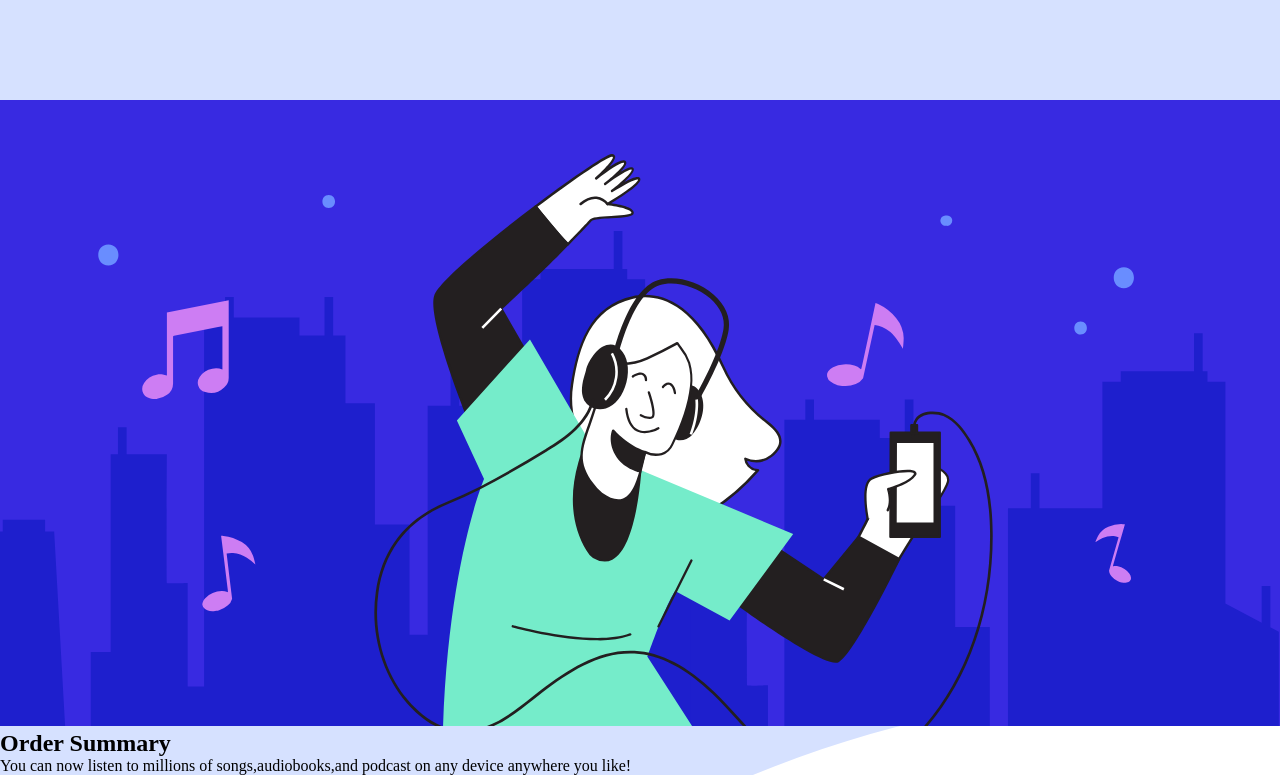
Repository: Eugene44-hub/newbie-project
Page: index.html
An editor plug-in stored every save of this project. The page is shown before and after a run of saves, followed by the edit.
The browser window is 1280 px wide. The pictures show the whole page.

Above is the page before, as saved 2021-08-29 02:18:11.

### index.html
<!DOCTYPE html>
<html lang="en">

<head>
    <link rel="stylesheet" href="style.css">
    <meta charset="UTF-8">
    <meta http-equiv="X-UA-Compatible" content="IE=edge">
    <meta name="viewport" content="width=device-width, initial-scale=1.0">
    <title>Document</title>
</head>

<body>
    <div class="container">

        <div class="card-container">
            <div class="card">
                <div class="content">
                    <img src="illustration-hero.svg" alt="">
                    <div>
                        <h2>Order Summary</h2>
                        <p>You can now listen to millions of songs,audiobooks,and podcast on any device anywhere you like!</p>
                    </div>
                </div>

            </div>
        </div>

    </div>
</body>

</html>

### style.css
* {
    padding: 0;
    margin: 0;
}

.container {
    background-image: url('pattern-background-desktop.svg');
}

.card-container {
    display: flex;
    justify-content: center;
    align-content: center;
    padding-top: 100px;
}

img {
    width: 100%;
}

.card {
    flex: 50%;
}

After the next 2 saves:
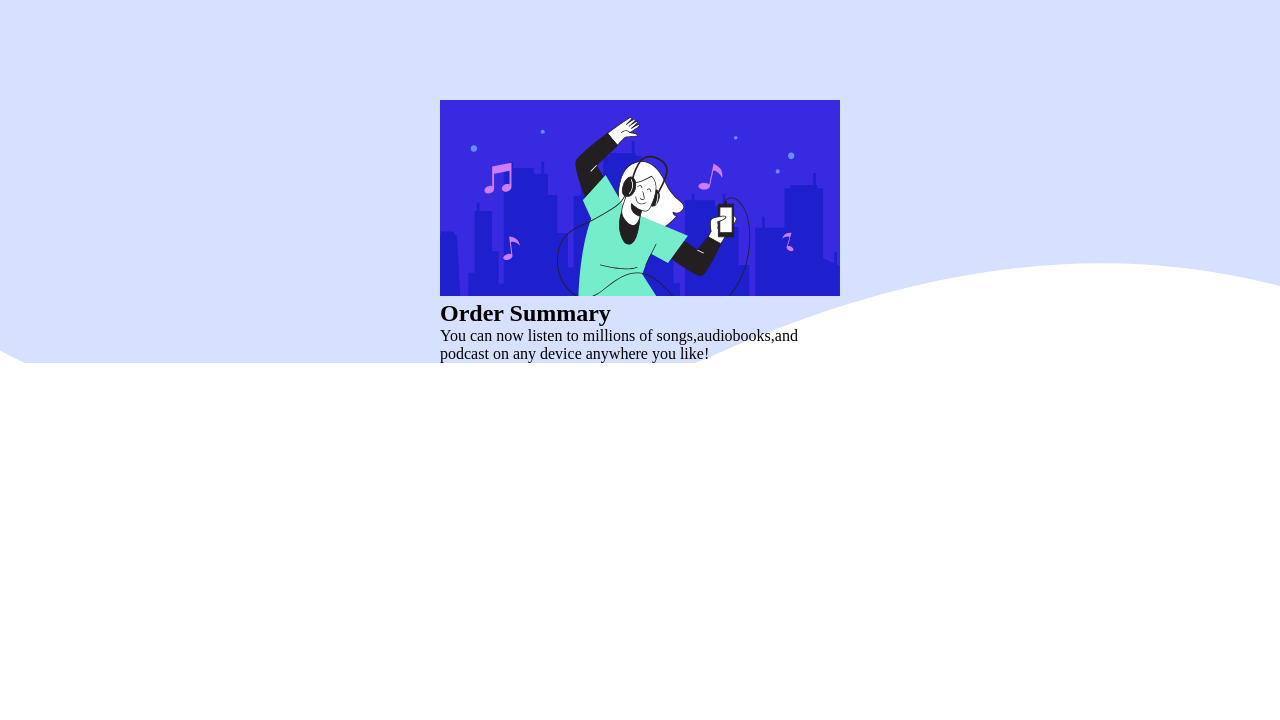
The 2 saves are shown as one change because they came seconds apart.
The last was saved 66 s later.
--- a/style.css
+++ b/style.css
@@ -20,4 +20,5 @@ img {
 
 .card {
     flex: 50%;
+    max-width: 400px;
 }
